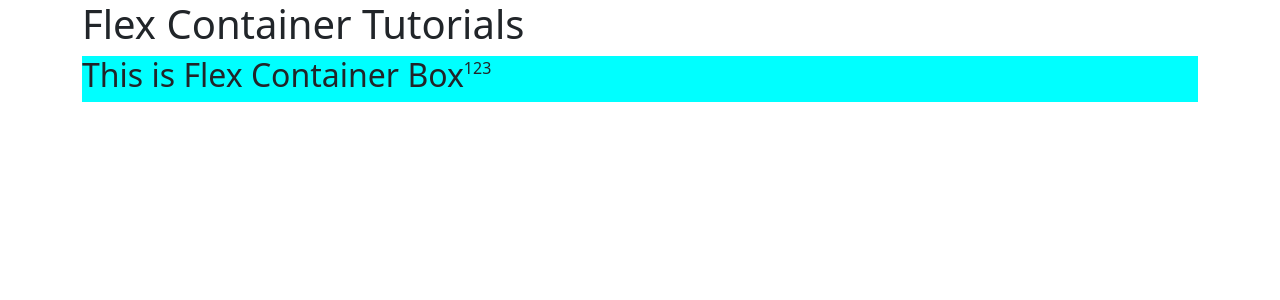
Repository: tandoan-teaching/teaching
Page: ltt/web/exercises/flexbox/flex-container.html
These files come from the project's save history. The page is drawn as it stood at one moment and after the next save; the edit follows.
The browser window is 1280 px wide. The pictures show the whole page.

Above is the page before, as saved 2024-03-24 16:09:33.

After the next save:
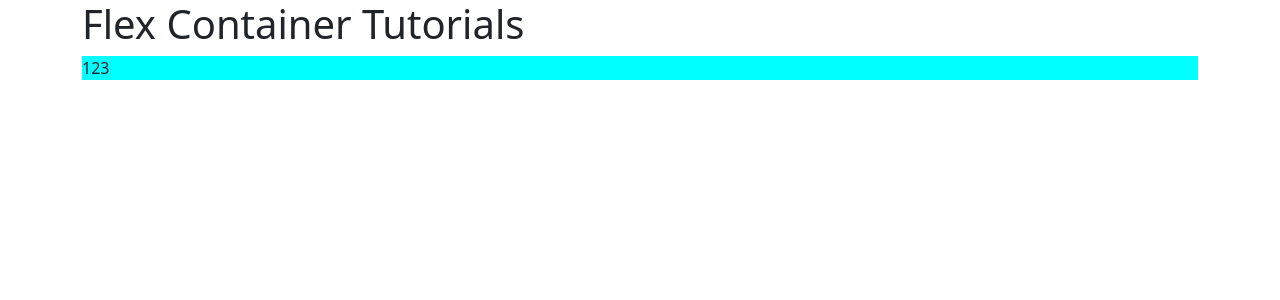
Saved 7 s later.
--- a/ltt/web/exercises/flexbox/flex-container.html
+++ b/ltt/web/exercises/flexbox/flex-container.html
@@ -26,9 +26,6 @@
             </h1>
 
             <div class="flex-container">
-                <h2>
-                    This is Flex Container Box
-                </h2>
 
                 <div>1</div>
                 <div>2</div>
